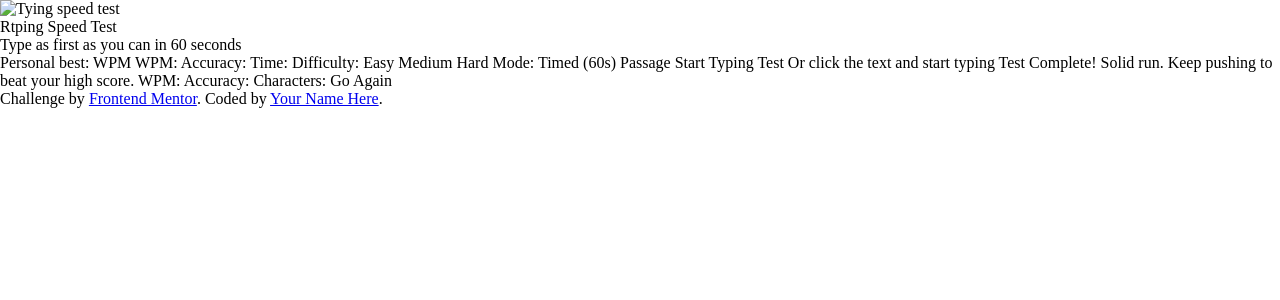
Repository: eva003n/typing-speed-test
Page: index.html
These files come from the project's save history. The page is drawn as it stood at one moment and after a run of saves; the edit follows.
The browser window is 1280 px wide. The pictures show the whole page.

Above is the page before, as saved 2026-02-12 23:47:49.

After the next 3 saves:
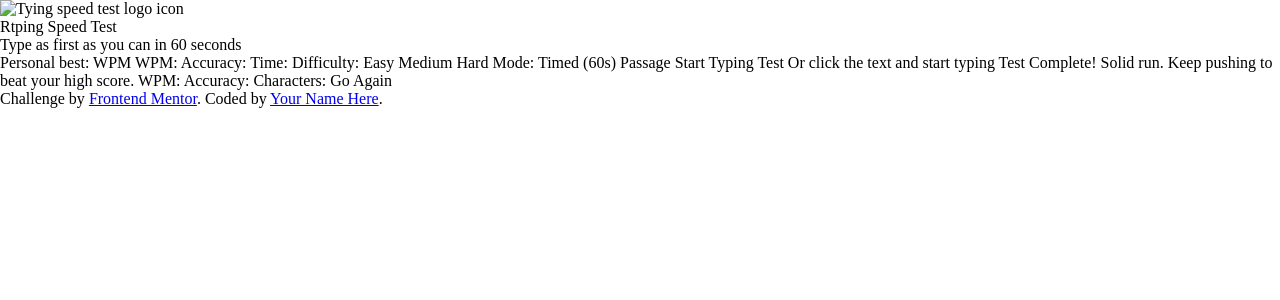
The 3 saves are shown as one change because they came seconds apart.
The last was saved 12 s later.
--- a/index.html
+++ b/index.html
@@ -15,8 +15,9 @@
       <!-- logo -->
        <div>
         <img
+        srcset=""
         src=""
-        alt="Tying speed test ">
+        alt="Tying speed test logo icon">
        </div>
       <p>Rtping Speed Test</p>
       <p>Type as first as you can in 60 seconds</p>
